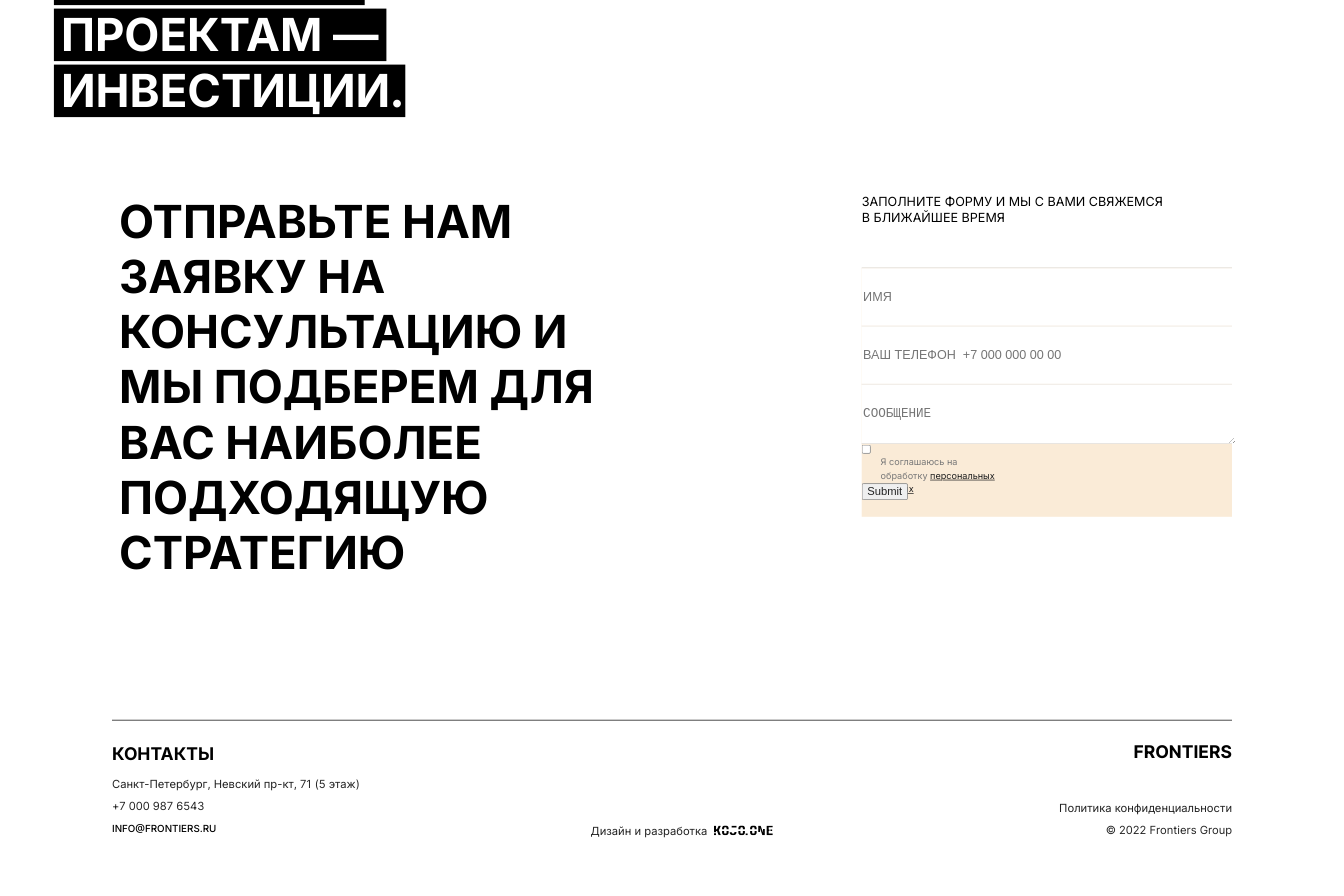
Repository: NadyaKorvin/frontiers
Page: /
An editor plug-in stored every save of this project. The page is shown before and after the next save, followed by the edit.
The browser window is 1280 px wide. The page is 1920 px wide, so the pictures cover 1920 px, including what lies to the right of the window. The pictures show the part of the page from y = 1385 to 2665 px (the page is 2665 px tall), at 70% of full size.
The project was rebuilt for these pictures with package versions that can differ from the ones it lists, and the page was loaded fresh each time.

Above is the page before, as saved 2022-05-23 18:30:06.

### public/index.html
<!DOCTYPE html>
<html lang="en">
  <head>
    <meta charset="utf-8" />
    <link rel="icon" href="%PUBLIC_URL%/favicon.ico" />
    <meta name="viewport" content="width=device-width, initial-scale=1" />
    <meta name="theme-color" content="#000000" />
    <meta name="description" content="Web site created using create-react-app" />
    <link rel="apple-touch-icon" href="%PUBLIC_URL%/logo192.png" />
    <link rel="manifest" href="%PUBLIC_URL%/manifest.json" />
    <link rel="preconnect" href="https://fonts.googleapis.com" />
    <link rel="preconnect" href="https://fonts.gstatic.com" crossorigin />
    <link href="https://fonts.googleapis.com/css2?family=Inter:wght@300;400;500;700&display=swap" rel="stylesheet" />
    <title>FRONTIERS</title>
  </head>
  <body>
    <noscript>You need to enable JavaScript to run this app.</noscript>
    <div id="root"></div>
  </body>
</html>

### src/index.js
import React from "react"
import ReactDOM from "react-dom/client"

import App from "./App"

const root = ReactDOM.createRoot(document.getElementById("root"))
root.render(
  <React.StrictMode>
    <App />
  </React.StrictMode>
)

### src/App.js
import { useState } from "react";
import "./App.css";
import { SecondScreenAnimation } from "./components/secondScreen/SecondScreenAnimation";
import FirstScreenAnimation from "./components/firstScreen/FirstScreenAnimation";
import LastScreenAnimation from "./components/lastScreen/LastScreenAnimation"

function App() {
  const [mousePosition, setMousePosition] = useState("");

  const listenUpperMousePosition = (event) => {
    console.log(event);
    console.log(event.target);
    setMousePosition(event.target);
  };

  return (
    <>
      <FirstScreenAnimation />
      <div className="App">
        <SecondScreenAnimation listenMousePosition={listenUpperMousePosition} />
      </div>
      <LastScreenAnimation />
    </>
  );
}
export default App;

### src/App.css
@import url("./reset.css");
@import url("./components/secondScreen/SecondScreen.css");
@import url("./font/font.css");

body {
  font-family: "Inter";
}

### src/components/secondScreen/SecondScreenAnimation.js
export function SecondScreenAnimation({ listenMousePosition, mousePosition }) {
  let goUp = ""
  const goUpBlackLines = (mousePosition) => {
    if (mousePosition === "animation__text_first_part") {
      goUp = "up"
      return goUp
    }
  }
  goUpBlackLines(mousePosition)
  console.log(goUp)
  return (
    <div className="animation__text_block">
      {goUp != "up" ? (
        <div>
          <div className="animation__text" onMouseOver={listenMousePosition}>
            <p className="animation__text_first_part">Инвесторам сложно найти хорошие проекты,</p>
            <p className="animation__text_second_part">а хорошим проектам — инвестиции.</p>
          </div>
          <div className="animation__black_lines">
            <div className="animation__1th_black_line"></div>
            <div className="animation__2th_black_line"></div>
            <div className="animation__3th_black_line"></div>
          </div>
        </div>
      ) : (
        <div>
          <div className="animation__text" onMouseOver={listenMousePosition}>
            <p className="animation__text_first_part" style={{ color: "#fff" }}>
              Инвесторам сложно найти хорошие проекты,
            </p>
            <p className="animation__text_second_part" style={{ color: "#000" }}>
              а хорошим проектам — инвестиции.
            </p>
          </div>
          <div className="animation__black_lines">
            <div className="animation__1th_black_line" style={{ width: "484px", marginTop: "-475px" }}></div>
            <div className="animation__2th_black_line" style={{ width: "586px" }}></div>
            <div className="animation__3th_black_line" style={{ width: "722px" }}></div>
          </div>
        </div>
      )}
    </div>
  )
}

### src/components/firstScreen/FirstScreenAnimation.js
import React from "react";
import style from "./FirstScreen.module.css";
import image from "../../images/image.webp";

export default function FirstScreenAnimation() {
  const pointer = (
    <svg
      width="8"
      height="101"
      viewBox="0 0 8 101"
      fill="none"
      xmlns="http://www.w3.org/2000/svg"
    >
      <path
        d="M4.35355 100.356C4.15829 100.551 3.84171 100.551 3.64645 100.356L0.464466 97.1735C0.269204 96.9783 0.269204 96.6617 0.464466 96.4664C0.659728 96.2712 0.976311 96.2712 1.17157 96.4664L4 99.2948L6.82843 96.4664C7.02369 96.2712 7.34027 96.2712 7.53553 96.4664C7.7308 96.6617 7.7308 96.9783 7.53553 97.1735L4.35355 100.356ZM3.5 100.002L3.5 0.00195312H4.5L4.5 100.002H3.5Z"
        fill="black"
      />
    </svg>
  );

  return (
    <>
      <section className={style.first__screen}>
        <header className={style.header}>
          <div className={style.logotype}>FRONTIERS</div>
          <nav className={style.nav__sidebar}>
            <ul>Агенство</ul>
            <ul>Кейсы</ul>
            <ul>Услуги</ul>
            <ul>Контакты</ul>
          </nav>
          <div className={style.button}>
            <p className={style.text__btn}>Получить консультацию</p>
          </div>
        </header>
        <div className={style.content}>
          <p>ИНВЕСТИЦИИ</p>
          <p>НЕ</p>
          <p>СЛОЖНО</p>
          <p>
            Мы помогли заработать более 50 млн рублей частным инвесторам в 2021
            году на вложениях в российский бизнес
          </p>
          <p>ПРОКРУТИ ВНИЗ</p>
          <div className={style.content__pointer}>{pointer}</div>
          <img src={image} alt="" />
        </div>
      </section>
    </>
  );
}

### src/components/lastScreen/LastScreenAnimation.js
import React from "react";
import style from "./LastScreen.module.css";
import Form from "./Form"
import Kojo from "../../images/Kojo"

export default function LastScreenAnimation() {
  return (
    <>
      <section className={style.last__screen}>
        <div className={style.wrapper}>
          <div className={style.left__content}>
            <p>
              ОТПРАВЬТЕ НАМ ЗАЯВКУ НА КОНСУЛЬТАЦИЮ И МЫ ПОДБЕРЕМ ДЛЯ ВАС
              НАИБОЛЕЕ ПОДХОДЯЩУЮ СТРАТЕГИЮ
            </p>
          </div>
          <div className={style.right__content}>
            <div className={style.text__form}>
              <p>ЗАПОЛНИТЕ ФОРМУ И МЫ С ВАМИ СВЯЖЕМСЯ В БЛИЖАЙШЕЕ ВРЕМЯ</p>
            </div>
            <Form />
          </div>
        </div>
        <footer className={style.footer}>
          <div className={style.contact}>
            <p>КОНТАКТЫ</p>
            <p>Санкт-Петербург, Невский пр-кт, 71 (5 этаж)</p>
            <p>+7 000 987 6543</p>
            <p><a href="mailto:info@frontiers.ru" ></a>info@frontiers.ru</p>
          </div>
          <div className={style.design}>
            <p>Дизайн и разработка</p>
            <Kojo />
          </div>
          <div className={style.frontiers}>
            <p>FRONTIERS</p>
            <p>Политика конфиденциальности</p>
            <p>© 2022 Frontiers Group</p>
          </div>
        </footer>
      </section>
    </>
  );
}

### src/reset.css
html,
body,
div,
span,
applet,
object,
iframe,
h1,
h2,
h3,
h4,
h5,
h6,
p,
blockquote,
pre,
a,
abbr,
acronym,
address,
big,
cite,
code,
del,
dfn,
em,
img,
ins,
kbd,
q,
s,
samp,
small,
strike,
strong,
sub,
sup,
tt,
var,
b,
u,
i,
center,
dl,
dt,
dd,
ol,
ul,
li,
fieldset,
form,
label,
legend,
table,
caption,
tbody,
tfoot,
thead,
tr,
th,
td,
article,
aside,
canvas,
details,
embed,
figure,
figcaption,
footer,
header,
hgroup,
menu,
nav,
output,
ruby,
section,
summary,
time,
mark,
audio,
video {
  margin: 0;
  padding: 0;
  border: 0;
  font-size: 100%;
  font: inherit;
  vertical-align: baseline;
}

:focus {
  outline: 0;
}

article,
aside,
details,
figcaption,
figure,
footer,
header,
hgroup,
menu,
nav,
section {
  display: block;
}

body {
  line-height: 1;
}

ol,
ul {
  list-style: none;
}

blockquote,
q {
  quotes: none;
}

blockquote:before,
blockquote:after,
q:before,
q:after {
  content: "";
  content: none;
}

table {
  border-collapse: collapse;
  border-spacing: 0;
}

input[type="search"]::-webkit-search-cancel-button,
input[type="search"]::-webkit-search-decoration,
input[type="search"]::-webkit-search-results-button,
input[type="search"]::-webkit-search-results-decoration {
  -webkit-appearance: none;
  -moz-appearance: none;
}

input[type="search"] {
  -webkit-appearance: none;
  -moz-appearance: none;
  -webkit-box-sizing: content-box;
  -moz-box-sizing: content-box;
  box-sizing: content-box;
}

textarea {
  overflow: auto;
  vertical-align: top;
  resize: vertical;
}

[hidden] {
  display: none;
}

html {
  font-size: 100%; /* 1 */
  -webkit-text-size-adjust: 100%; /* 2 */
  -ms-text-size-adjust: 100%; /* 2 */
}

a:focus {
  outline: thin dotted;
}

a:active,
a:hover {
  outline: 0;
}

img {
  border: 0;
  -ms-interpolation-mode: bicubic;
}

figure {
  margin: 0;
}

form {
  margin: 0;
}

fieldset {
  border: 1px solid #c0c0c0;
  margin: 0 2px;
  padding: 0.35em 0.625em 0.75em;
}

legend {
  border: 0; /* 1 */
  padding: 0;
  white-space: normal; /* 2 */
  *margin-left: -7px; /* 3 */
}

button,
input,
select,
textarea {
  font-size: 100%; /* 1 */
  margin: 0; /* 2 */
  vertical-align: baseline; /* 3 */
  *vertical-align: middle; /* 3 */
}

button,
input {
  line-height: normal;
}

button,
select {
  text-transform: none;
}

button,
html input[type="button"], /* 1 */
input[type="reset"],
input[type="submit"] {
  -webkit-appearance: button; /* 2 */
  cursor: pointer; /* 3 */
  *overflow: visible; /* 4 */
}

button[disabled],
html input[disabled] {
  cursor: default;
}

input[type="checkbox"],
input[type="radio"] {
  box-sizing: border-box; /* 1 */
  padding: 0; /* 2 */
  *height: 13px; /* 3 */
  *width: 13px; /* 3 */
}

input[type="search"] {
  -webkit-appearance: textfield; /* 1 */
  -moz-box-sizing: content-box;
  -webkit-box-sizing: content-box; /* 2 */
  box-sizing: content-box;
}

input[type="search"]::-webkit-search-cancel-button,
input[type="search"]::-webkit-search-decoration {
  -webkit-appearance: none;
}

button::-moz-focus-inner,
input::-moz-focus-inner {
  border: 0;
  padding: 0;
}

textarea {
  overflow: auto; /* 1 */
  vertical-align: top; /* 2 */
}

table {
  border-collapse: collapse;
  border-spacing: 0;
}

html,
button,
input,
select,
textarea {
  color: #222;
}

::-moz-selection {
  background: #b3d4fc;
  text-shadow: none;
}

::selection {
  background: #b3d4fc;
  text-shadow: none;
}

img {
  vertical-align: middle;
}

fieldset {
  border: 0;
  margin: 0;
  padding: 0;
}

textarea {
  resize: vertical;
}

.chromeframe {
  margin: 0.2em 0;
  background: #ccc;
  color: #000;
  padding: 0.2em 0;
}

### src/components/secondScreen/SecondScreen.css
.second__screen_main {
  display: flex;
  justify-content: space-between;
  margin: 0 auto;
  margin-top: 174px;
  /* придкмать решение сделать по центру*/
  display: flex;
  width: 1600px;
  height: 733px;
}

.animation__text_block {
  display: block;
  margin-left: 87px;
}

.animation__text_first_part,
.animation__text_second_part {
  width: 770px;
  text-transform: uppercase;
  font-size: 65px;
  font-weight: 700;
  line-height: 79px;
  transition: 0.6s ease-out;
}

.animation__text_second_part {
  color: #fff;
}

.animation__black_lines {
  margin-left: -10px;
  margin-top: -236px;
}

.animation__1th_black_line {
  margin-bottom: 5px;
  height: 75px;
  width: 444px;
  background-color: #000;
  transition: 0.6s ease-out;
}

.animation__2th_black_line {
  margin-bottom: 5px;
  height: 75px;
  width: 475px;
  background-color: #000;
  transition: 0.6s ease-out;
}
.animation__3th_black_line {
  height: 75px;
  width: 502px;
  background-color: #000;
  transition: 0.6s ease-out;
}

.right__part {
  display: flex;
  margin-left: 190px;
  flex-direction: column;
}

.conversation__image {
  margin-right: 222px;
  display: block;
  width: 400px;
  height: 400px;
  background: url("../secondScreen/people.png");
}

.decoration_marks {
  margin-top: -110px;
  transform: rotate(-180deg);
  font-size: 200px;
  font-weight: 300;
}

.text_paragraph {
  margin-left: 90px;
  width: 431px;
  font-size: 18px;
  font-weight: 400;
  line-height: 23px;
  text-transform: uppercase;
  line-height: 130%;
}

### src/font/font.css
@font-face {
  font-family: "Inter";
  src:
    url("./Inter-Bold.ttf") format("truetype")
    url("./Inter-Bold.woff2") format("woff2"),
    url("./Inter-Bold.woff") format("woff");
  font-weight: 700;
  font-style: normal;
  font-stretch: normal;
  unicode-range: U+0020-E0D0;
}

@font-face {
  font-family: "Inter";
  src:
    url("./Inter-Regular.woff2") format("woff2"),
    url("./Inter-Regular.ttf") format("truetype")
    url("./Inter-Regular.woff") format("woff");
  font-weight: 400;
  font-style: normal;
  font-stretch: normal;
  unicode-range: U+0020-E0D0;
}

@font-face {
    font-family:'Inter Medium';
    src:
        url("./Inter-Medium.ttf") format("truetype")
        url('Inter-Medium.woff2') format('woff2'),
		url('Inter-Medium.woff') format('woff');
    font-weight: 500;
    font-style: normal;
    font-stretch: normal;
    unicode-range: U+0020-E0D0;
}

@font-face {
    font-family:'Inter Light';
    src:
        url("./Inter-Light.ttf") format("truetype")
        url('Inter-Light.woff2') format('woff2'),
		url('Inter-Light.woff') format('woff');
    font-weight: 300;
    font-style: normal;
    font-stretch: normal;
    unicode-range: U+0020-E0D0;
}

### src/components/firstScreen/FirstScreen.module.css
.first__screen {
  width: 1920px;
  height: 1080px;
}

.header {
  width: 1600px;
  height: 82px;
  margin: 0 160px;
  border-bottom: 1px solid #000000;
  display: flex;
}

.logotype {
  width: 151px;
  height: 30px;
  padding-top: 27px;
  font-family: "Inter";
  font-style: normal;
  font-weight: 700;
  font-size: 25px;
  line-height: 30px;
  letter-spacing: 0.05em;
  color: #000000;
}

.nav__sidebar {
  display: flex;
  justify-content: space-between;
  width: 473px;
  padding-top: 33px;
  padding-left: 633px;
}

.button {
  position: absolute;
  width: 243px;
  height: 45px;
  left: 1517px;
  top: 19px;
  background: #000000;
}

.text__btn {
  padding-top: 12px;
  padding-bottom: 12px;
  font-family: "Inter";
  font-style: normal;
  font-weight: 500;
  font-size: 16px;
  line-height: 19px;
  text-align: center;
  color: #ffffff;
}

.content > p {
  position: absolute;
  font-family: "Inter";
  font-style: normal;
  font-weight: 400;
  font-size: 160px;
  line-height: 194px;
  text-transform: uppercase;
  color: #000000;
}

p:nth-child(1) {
  top: 83px;
  left: 160px;
}

p:nth-child(2) {
  top: 285px;
  left: 1449px;
}

p:nth-child(3) {
  top: 461px;
  left: 568px;
}

p:nth-child(4) {
  width: 265px;
  height: 90px;
  top: 118px;
  left: 1464px;
  box-sizing: content-box;
  font-family: "Inter";
  font-style: normal;
  font-weight: 500;
  font-size: 14px;
  line-height: 130%;
  text-transform: uppercase;
  color: #000000;
}

p:nth-child(5) {
  position: absolute;
  width: 130px;
  height: 17px;
  left: 104px;
  top: 865px;
  font-family: "Inter";
  font-style: normal;
  font-weight: 500;
  font-size: 14px;
  line-height: 17px;
  letter-spacing: 0.05em;
  color: #000000;
  transform: rotate(-90deg);
}

.content__pointer {
    position: absolute;
    top: 876px;
    left: 187px;
}

img {
  position: absolute;
  top: 714px;
  left: 568px;
  width: 1352px;
  height: 366px;
}

### src/components/lastScreen/LastScreen.module.css
.last__screen {
  width: 1920px;
  height: 1080px;
}

.wrapper {
  position: relative;
  top: 109px;
  left: 170px;
  display: flex;
  justify-content: space-between;
  width: 1590px;
  height: 553px;
}

.left__content {
  position: relative;
  width: 775px;
  height: 553px;
  box-sizing: border-box;
  font-family: "Inter";
  font-style: normal;
  font-weight: 700;
  font-size: 65px;
  line-height: 79px;
  text-transform: uppercase;
  color: #000000;
}

.right__content {
  position: relative;
  width: 529px;
  height: 553px;
}

.text__form {
  width: 529px;
  height: 46px;
  left: 1231px;
  top: 4438px;
  font-family: "Inter";
  font-style: normal;
  font-weight: 400;
  font-size: 18px;
  line-height: 130%;
  text-transform: uppercase;
  color: #000000;
}

.footer {
  position: relative;
  margin: 308px 160px 0;
  width: 1600px;
  border-top: 1px solid #000000;
  bottom: 0px;
  display: flex;
  justify-content: space-between;
}

.contact {
  width: 357px;
}

.contact > p:nth-child(1) {
  padding: 33px 0 20px;
  font-family: "Inter";
  font-style: normal;
  font-weight: 700;
  font-size: 25px;
  line-height: 30px;
  color: #000000;
}

.contact > p:nth-child(2),
.contact > p:nth-child(3),
.contact > p:nth-child(4) {
  padding-bottom: 15px;
}

.design {
  padding-top: 150px;
  width: 260px;
  display: flex;
  margin-left: -80px;
  justify-content: space-between;
}

.frontiers {
  width: 250px;
  text-align: end;
}

.frontiers > p:nth-child(1) {
    padding: 30px 0 57px;
    font-family: "Inter";
    font-style: normal;
    font-weight: 700;
    font-size: 25px;
    line-height: 30px;
    color: #000000;
  }

.frontiers > p:nth-child(2),
.frontiers > p:nth-child(3) {
    padding-bottom: 15px;
}

### src/components/lastScreen/Form.js
import React, { useState } from "react";
import { useForm } from "react-hook-form";
import style from "./Form.module.css";

export default function Form() {
  const [checked, setChecked] = useState(false);
  const [isPersonal, setIsPersonal] = useState(false);

  const {
    register,
    formState: { errors, isValid },
    handleSubmit,
    reset,
  } = useForm({
    mode: "onBlur",
  });

  const onSubmit = (data) => {
    alert(JSON.stringify(data));
  };

  const openPersonal = () => {
    setIsPersonal(true);
  };

  return (
    <form
      name="form"
      id="form"
      className={style.form}
      onSubmit={handleSubmit(onSubmit)}
    >
      <input
        name="name"
        {...register("name", {
          required: "Это поле обязательно",
          minLength: {
            value: 2,
            message: "Минимум 2 символа",
          },
          maxLength: {
            value: 50,
            message: "Максимум 50 символов",
          },
        })}
        id="name"
        className={style.input}
        placeholder="Имя"
      />
      <div>
        {errors?.name && (
          <p className={style.focus}>{errors?.name?.message || "Error!"}</p>
        )}
      </div>
      <div className={style.borders} />
      <input
        name="phone"
        {...register("phone", {
          required: "Это поле обязательно",
          pattern: {
            value: /^\+?7(\d{10})$/,
            message: "Введите в формате +7 000 000 00 00",
          },
        })}
        id="phone"
        className={style.input}
        type="tel"
        placeholder="Ваш Телефон  +7 000 000 00 00"
      />
      <div>
        {errors?.phone && (
          <p className={style.focus}>{errors?.phone?.message || "Error!"}</p>
        )}
      </div>
      <div className={style.borders} />
      <textarea
        name="message"
        {...register("message", {
          required: "Это поле обязательно",
          minLength: {
            value: 10,
            message: "Минимум 10 символов",
          },
          maxLength: {
            value: 500,
            message: "Максимум 500 символов",
          },
        })}
        id="message"
        className={style.textarea}
        placeholder="Сообщение"
      />
      <div>
        {errors?.message && (
          <p className={style.focus}>{errors?.message?.message || "Error!"}</p>
        )}
      </div>
      <div className={style.borders} />
      <label className={style.consent}>
        <input
          name="consent"
          type="checkbox"
          checked={checked}
          onChange={() => setChecked(!checked)}
          value={checked}
          {...register("consent", {
            required: "Подтвердите свое согласие для отправки формы",
          })}
          id="consent"
          className={style.checkbox}
        />
        <span
          className={style.checkfake}
          onClick={() => setChecked(!checked)}
        ></span>
        <div className={style.policy_text}>
          <p></p>Я соглашаюсь на обработку&nbsp;
          <span
            onClick={openPersonal}
            style={{ color: "#1f1f1f", textDecoration: "underline" }}
          >
            персональных данных
          </span>
        </div>
      </label>
      <div className={style.focus_consent}>
        {errors?.consent && <p>{errors?.consent?.message || "Error!"}</p>}
      </div>
      <input type="submit" />
    </form>
  );
}

### src/components/lastScreen/Form.module.css
.form {
  margin-top: 60px;
  width: 529px;
  height: 355px;
  border-top: 1px solid #d1d1d1;
  background-color: antiquewhite;
}

.input,
.textarea {
  width: 529px;
  height: 80px;
  border: 0;
  outline: none;
  font-size: 18px;
  color: #000000;
  text-transform: uppercase;
}

.textarea {
  height: 80px;
  line-height: 80px;
  overflow: hidden;
  /* resize: none; */
}

.borders {
  border-bottom: 1px solid #d1d1d1;
}

.policy_text {
  padding-left: 27px;
  width: 182px;
  height: 40px;
  box-sizing: border-box;
  font-family: "Inter";
  font-style: normal;
  font-weight: 400;
  font-size: 13px;
  line-height: 150%;
  color: #787878;
}

Loaded but not shown: src/images/Kojo.js (76 lines, source omitted)

After the next save:
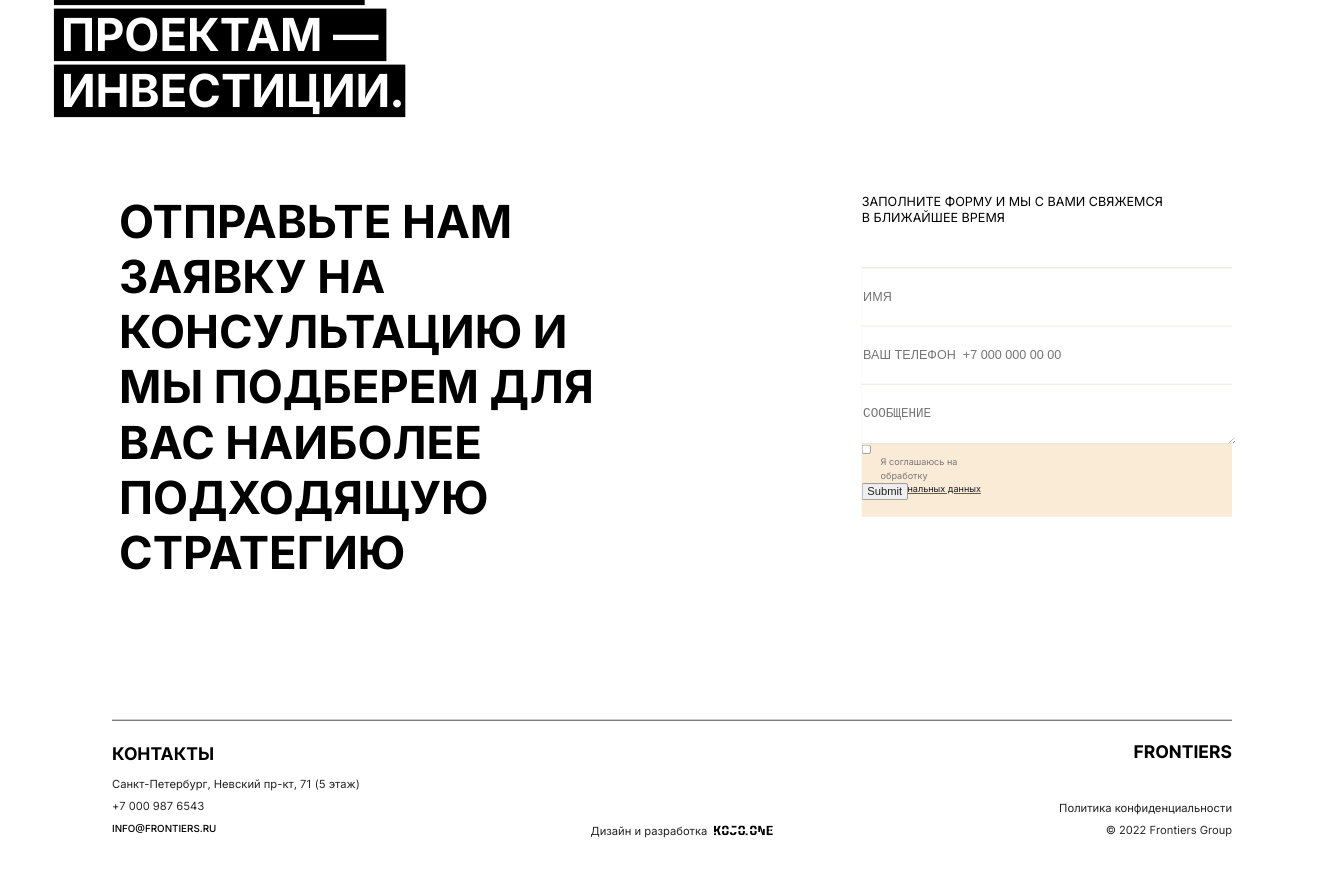
Saved 35 s later.
--- a/src/components/lastScreen/Form.js
+++ b/src/components/lastScreen/Form.js
@@ -114,7 +114,7 @@ export default function Form() {
           onClick={() => setChecked(!checked)}
         ></span>
         <div className={style.policy_text}>
-          <p></p>Я соглашаюсь на обработку&nbsp;
+          <p>Я соглашаюсь на обработку&nbsp;</p>
           <span
             onClick={openPersonal}
             style={{ color: "#1f1f1f", textDecoration: "underline" }}
